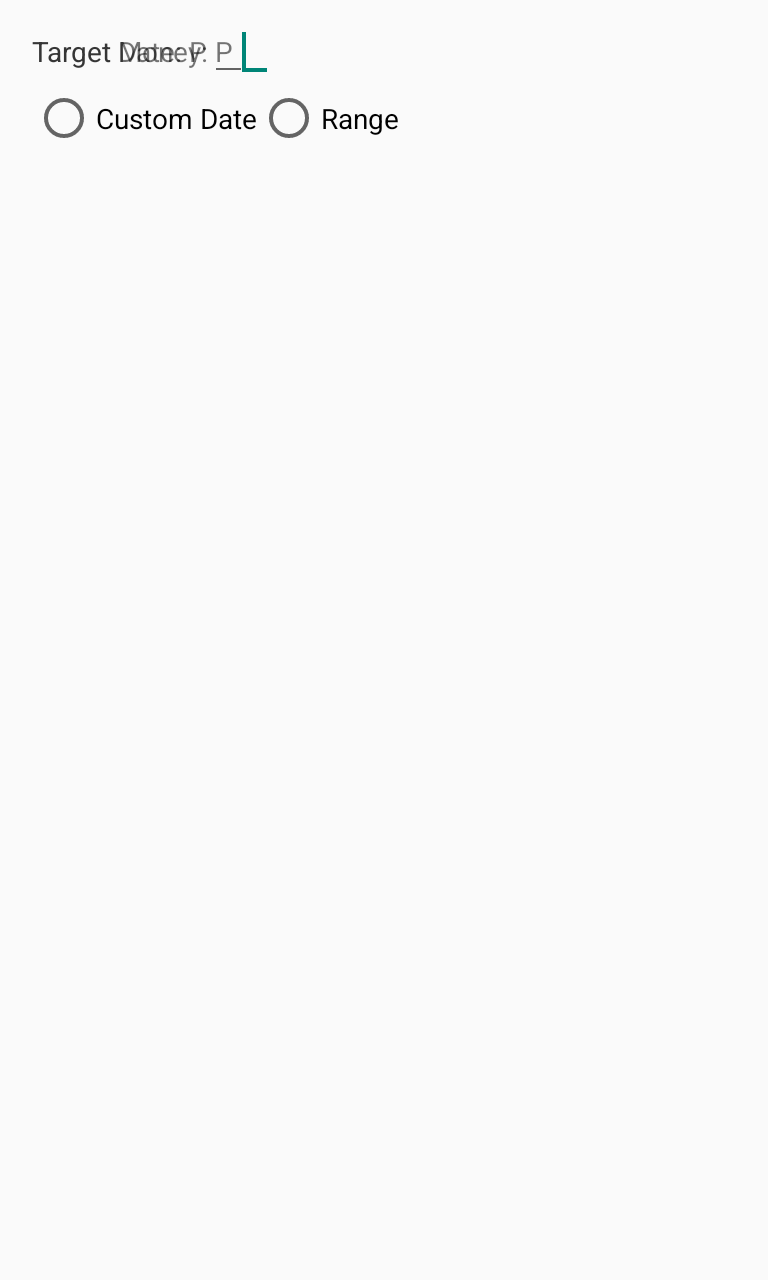
Repository: japheth-starita/SavingsApp
Layout: SavingsApp/res/layout/activity_preferences.xml
The author's editor kept a copy of each file at every save. The layout is drawn from the files as they stood at one save, then again after the next save.
It is drawn on a 768 x 1280 px phone screen (xhdpi) without system bars, with theme AppTheme; the app's code is not run.

Above is the layout before, as saved 2016-01-30 08:42:11.

After the next save:
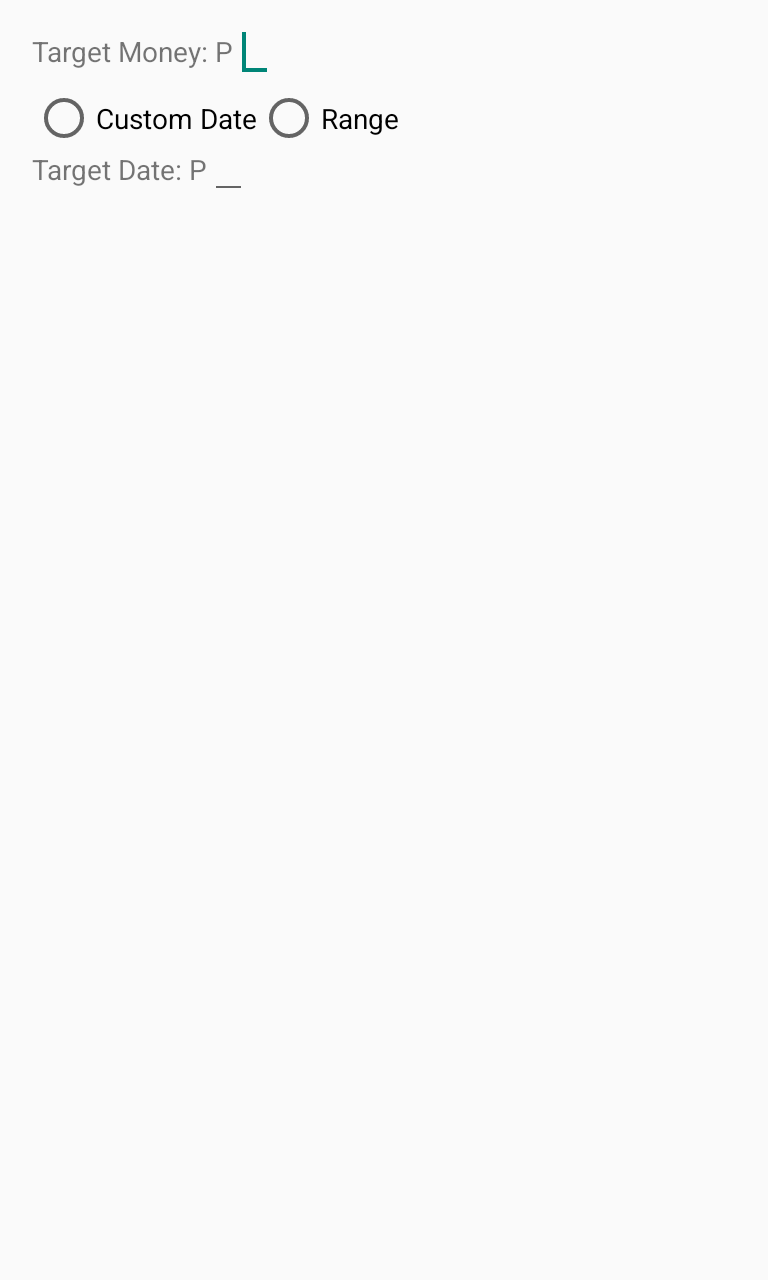
Saved 7 s later.
--- a/SavingsApp/res/layout/activity_preferences.xml
+++ b/SavingsApp/res/layout/activity_preferences.xml
@@ -48,7 +48,7 @@
         android:id="@+id/lblTargetDate"
         android:layout_width="wrap_content"
         android:layout_height="wrap_content"
-        android:layout_below="@+id/rbDate"
+        android:layout_below="@+id/rbgrpSetting"
         android:text="Target Date: P" />
 
     <EditText
